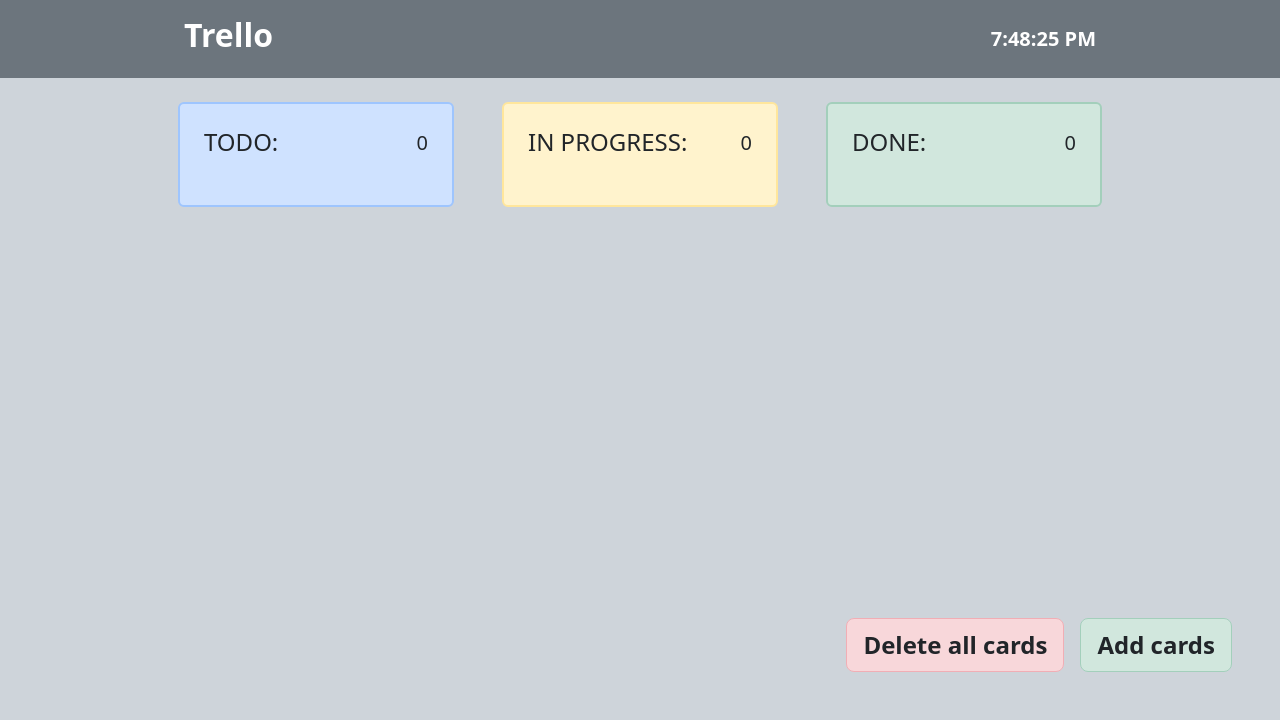
Repository: Valeria154/trello-app-clone
Page: / (app in trello-app-project/)
These files come from the project's save history. The page is drawn as it stood at one moment and after the next save; the edit follows.
The browser window is 1280 px wide. The pictures show the whole page.
The project was rebuilt for these pictures with package versions that can differ from the ones it lists, and the page was loaded fresh each time. Also part of the build but not shown: trello-app-project/vite.config.js.

Above is the page before, as saved 2025-03-15 20:49:41.

After the next save:
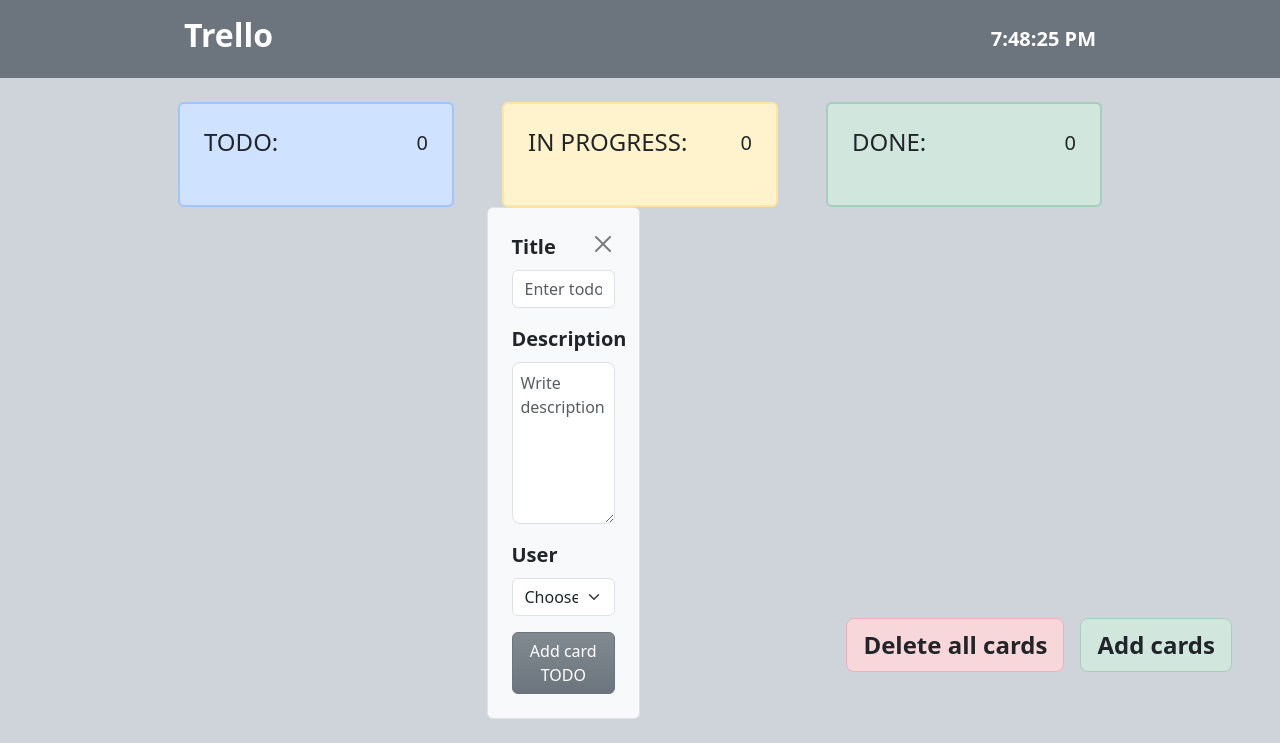
Saved 64 s later.
--- a/trello-app-project/src/index.html
+++ b/trello-app-project/src/index.html
@@ -54,34 +54,36 @@
 			<!-- Modal form -->
 			<div id="modalFormContainer" class="d-flex justify-content-center align-items-center position-relative"
 				style="z-index: 20">
-				<!-- <form class="p-4 border rounded bg-light text-start fw-semibold w-50 position-relative">
-					<div class="mb-3">
-						<label for="titile" class="form-label fs-5">Title</label>
-						<input type="text" class="form-control" id="title" placeholder="Enter todo...">
-					</div>
-					<div class="mb-3">
-						<label for="description" class="form-label fs-5">Description</label>
-						<textarea class="form-control p-2 rounded-3" id="description" rows="6"
-							placeholder="Write description"></textarea>
-					</div>
-					<div class="mb-3">
-						<label for="user" class="form-label fs-5">User </label>
-						<select id="user" class="form-select">
-							<option selected value="">Choose user</option>
-							<option value="Amelia">Amelia</option>
-							<option value="Mary">Mary</option>
-							<option value="Thomas">Thomas</option>
-							<option value="Harry">Harry</option>
-							<option value="Susan">Susan</option>
-						</select>
-					</div>
-					<button type="submit" class="btn btn-primary bg-secondary bg-gradient border-secondary">Add card
-						TODO</button>
-					<button type="button" class="btn-close position-absolute top-0 end-0 me-4 mt-4"
-						aria-label="close"></button>
-				</form>
-			</div> -->
+				<div>
+					<form class="p-4 border rounded bg-light text-start fw-semibold w-50 position-relative">
+						<div class="mb-3">
+							<label for="titile" class="form-label fs-5">Title</label>
+							<input type="text" class="form-control" id="title" placeholder="Enter todo...">
+						</div>
+						<div class="mb-3">
+							<label for="description" class="form-label fs-5">Description</label>
+							<textarea class="form-control p-2 rounded-3" id="description" rows="6"
+								placeholder="Write description"></textarea>
+						</div>
+						<div class="mb-3">
+							<label for="user" class="form-label fs-5">User </label>
+							<select id="user" class="form-select">
+								<option selected value="">Choose user</option>
+								<option value="Amelia">Amelia</option>
+								<option value="Mary">Mary</option>
+								<option value="Thomas">Thomas</option>
+								<option value="Harry">Harry</option>
+								<option value="Susan">Susan</option>
+							</select>
+						</div>
+						<button type="submit" class="btn btn-primary bg-secondary bg-gradient border-secondary">Add card
+							TODO</button>
+						<button type="button" class="btn-close position-absolute top-0 end-0 me-4 mt-4"
+							aria-label="close"></button>
+					</form>
+				</div>
 			</div>
+		</div>
 	</main>
 
 </body>
